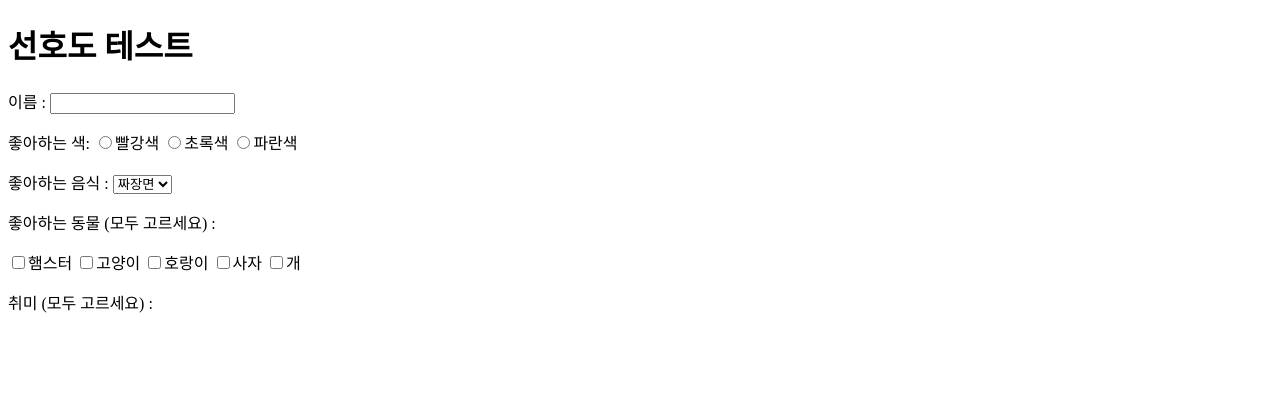
Repository: ddochiisrich/Ddochi-Web
Page: http://localhost/JSPStudyCh05Exam/ch0501ExamForm.jsp
An editor plug-in stored every save of this project. The page is shown before and after the next save, followed by the edit.
The browser window is 1280 px wide. The pictures show the whole page.
The page is served by Tomcat 9.

Above is the page before, as saved 2024-04-05 04:33:14.

After the next save:
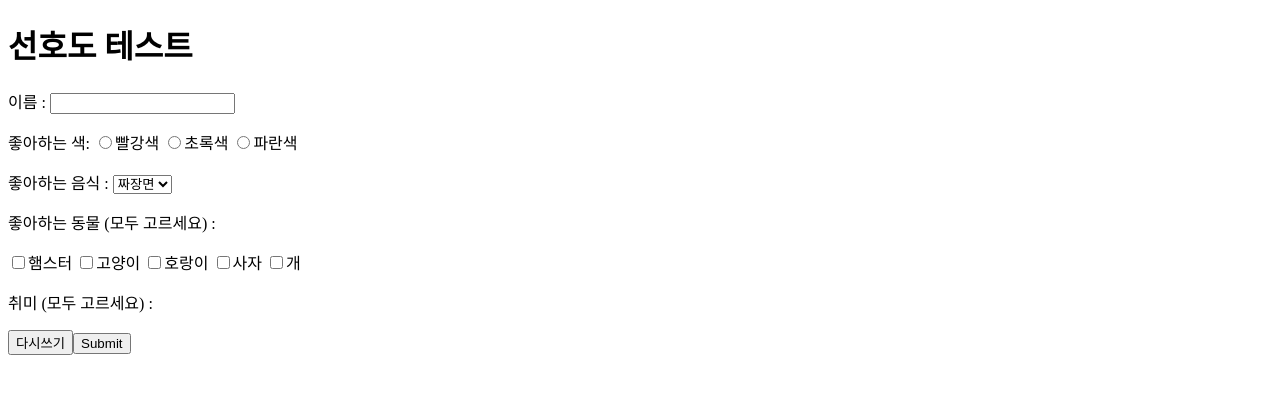
Saved 89 s later.
--- a/JSPStudyCh05Exam/src/main/webapp/ch0501ExamForm.jsp
+++ b/JSPStudyCh05Exam/src/main/webapp/ch0501ExamForm.jsp
@@ -26,5 +26,7 @@
 		<input type="checkbox" name="dog">개
 
 	<p>취미 (모두 고르세요) : </p>
+
+	<input type="reset" value="다시쓰기"><input type="submit" valye="전송하기">
 </body>
 </html>
